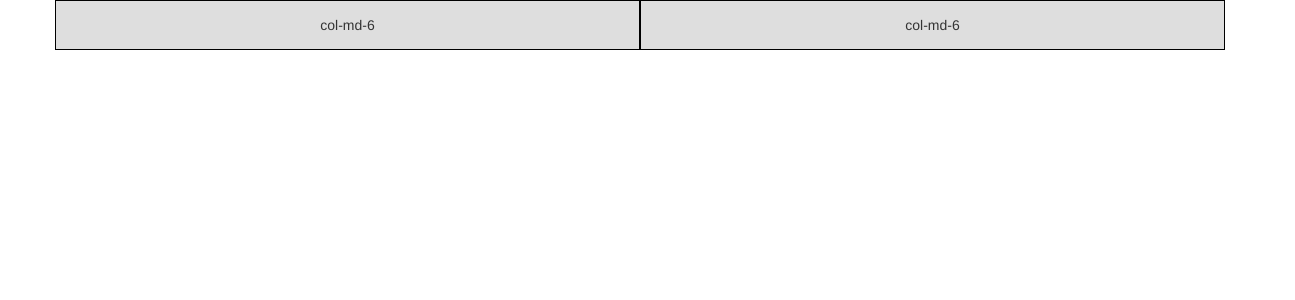
Repository: tatsuyaF11/c9
Page: Bootstrap Template/bootstrap_lesson.html
The author's editor kept a record of every edit. The page is drawn from the files as they stood at one moment, then again after the next edit.
The browser window is 1280 px wide. The page is 1280 px wide, then 1295 px, so the pictures cover 1295 px, including what lies to the right of the window. The pictures show the whole page.

Above is the page before.

After the next edit:
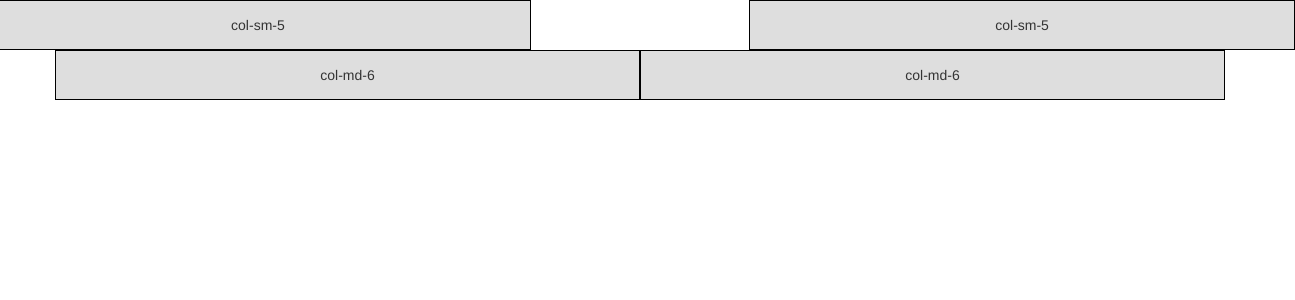
The edit:
--- a/Bootstrap Template/bootstrap_lesson.html
+++ b/Bootstrap Template/bootstrap_lesson.html
@@ -25,6 +25,13 @@
 
   </head>
   <body>
+  <div class="row">
+    <div class="col-sm-5">col-sm-5</div>
+    <div class="col-sm-offset-2 col-sm-5">col-sm-5</div>
+  </div>
+  </body>
+
+  <body>
     <div class="container">
       <div class="row">
         <div class="col-md-6">col-md-6</div>
